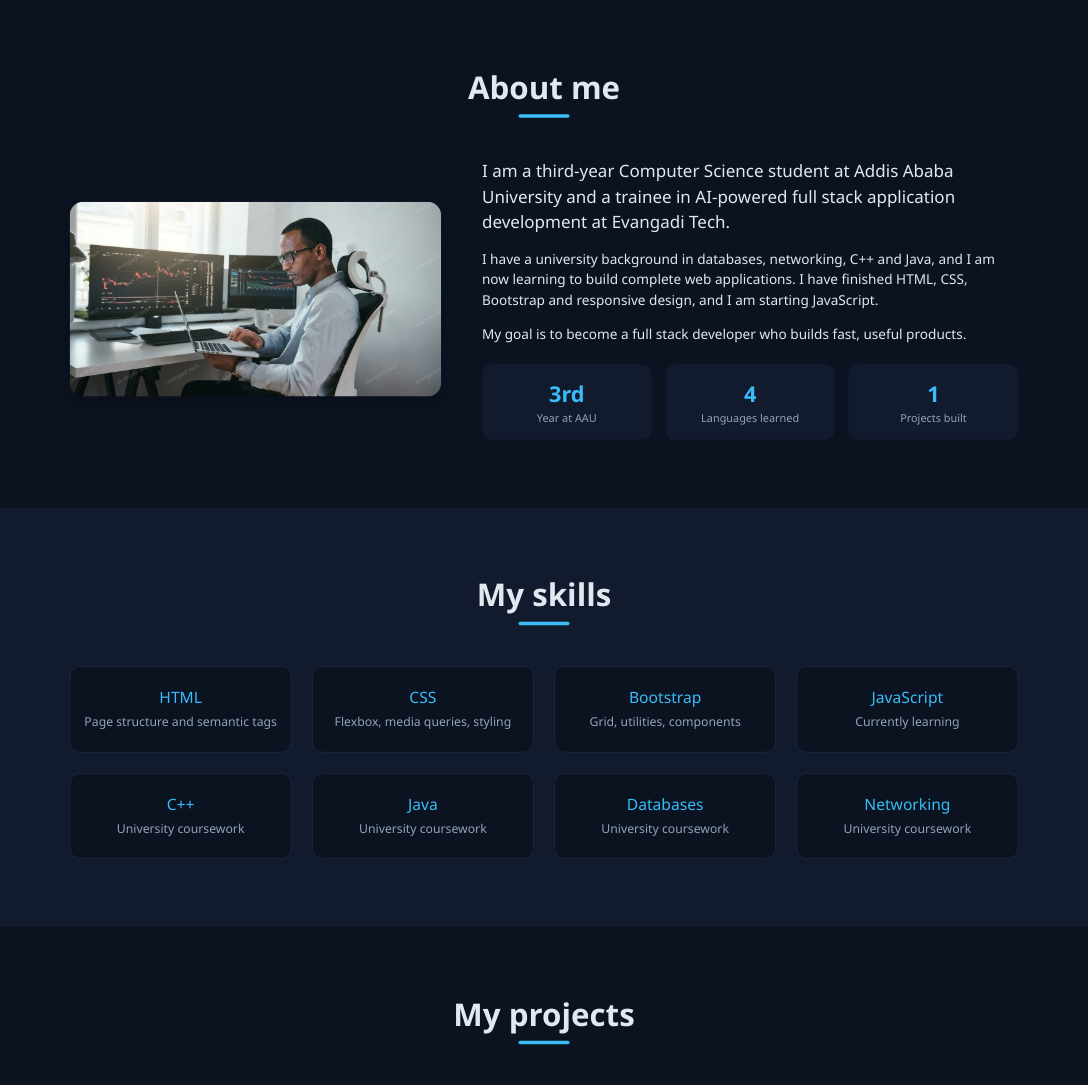
Repository: lawgaw-sefineh/MyPortfolioWebsite
Page: index.html
These files come from the project's save history. The page is drawn as it stood at one moment and after the next save; the edit follows.
The browser window is 1280 px wide. The pictures show the part of the page from y = 744 to 2021 px (the page is 2872 px tall), at 85% of full size.
Pictures or frames that could not be fetched are drawn as grey boxes.

Above is the page before, as saved 2026-10-06 09:57:09.

After the next save:
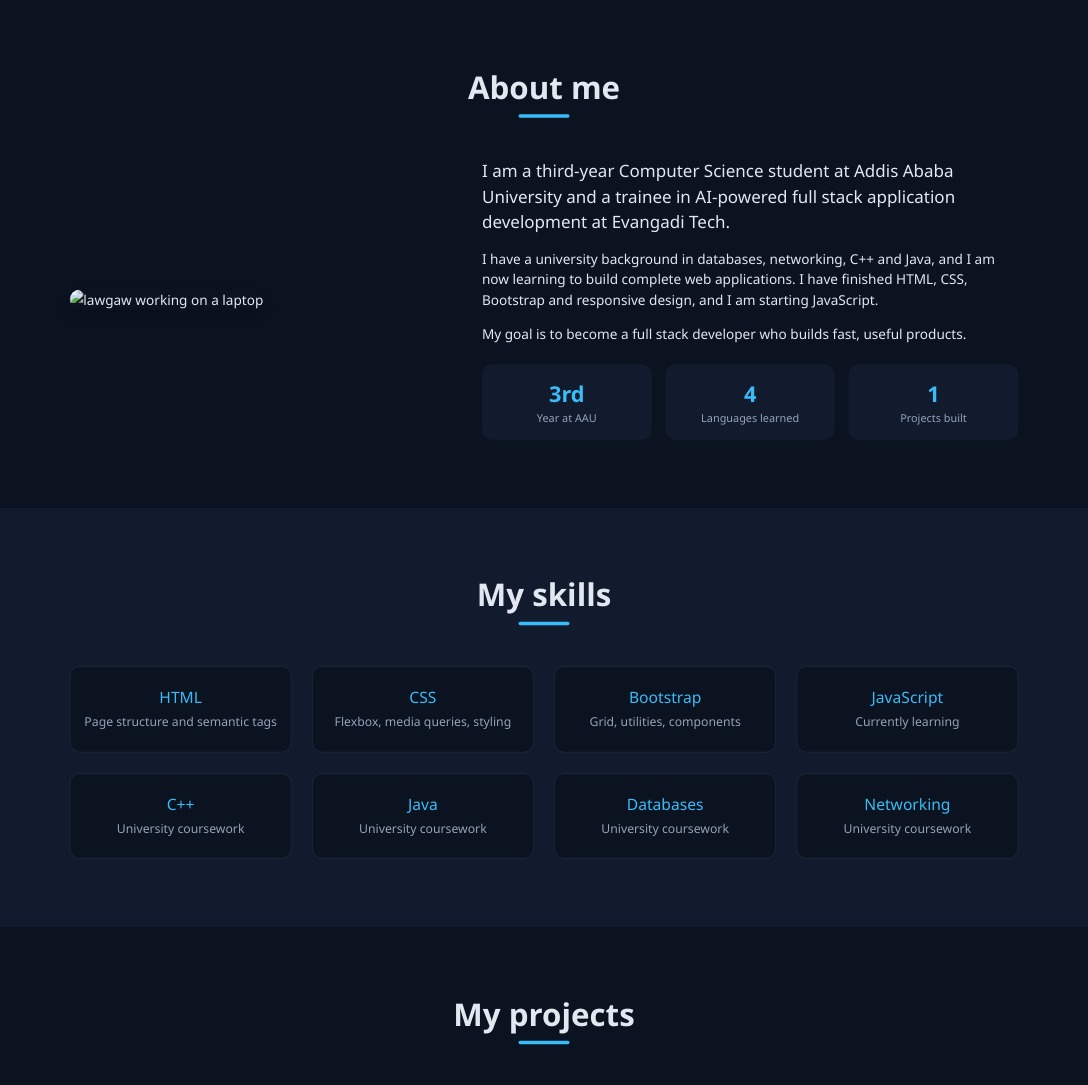
Not found: images/share-im.jpg
Saved 29 min 33 s later.
--- a/index.html
+++ b/index.html
@@ -109,7 +109,7 @@
 
       <div class="row align-items-center g-5">
         <div class="col-12 col-md-5 L_banner">
-          <img src="images/share-image (1).jpg" class="banner-photo img-fluid rounded-4 shadow" alt="lawgaw working on a laptop">
+          <img src="images/share-im.jpg" class="banner-photo img-fluid rounded-4 shadow" alt="lawgaw working on a laptop">
         </div>
 
         <div class="col-12 col-md-7">
